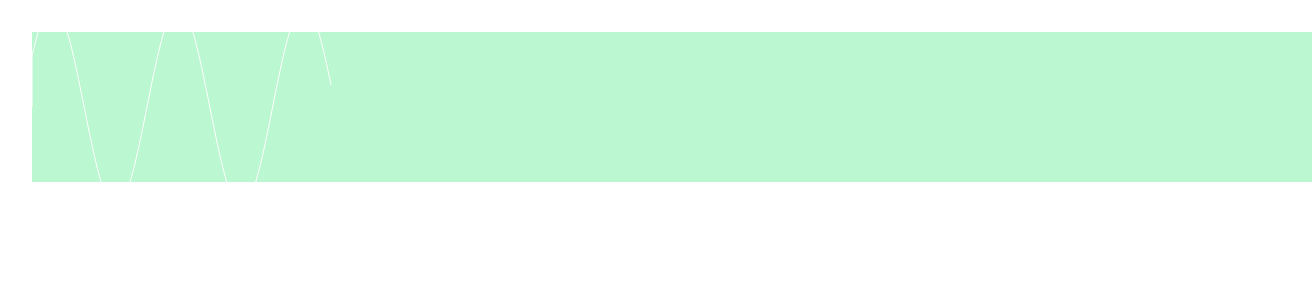
Repository: TMuse333/quantum-experiments
Page: /
These files come from the project's save history. The page is drawn as it stood at one moment and after the next save; the edit follows.
The browser window is 1280 px wide. The page is 1312 px wide, so the pictures cover 1312 px, including what lies to the right of the window. The pictures show the whole page.
The project was rebuilt for these pictures with package versions that can differ from the ones it lists, and the page was loaded fresh each time. Also part of the build but not shown: vite.config.ts.

Above is the page before, as saved 2024-06-08 16:28:41.

After the next save:
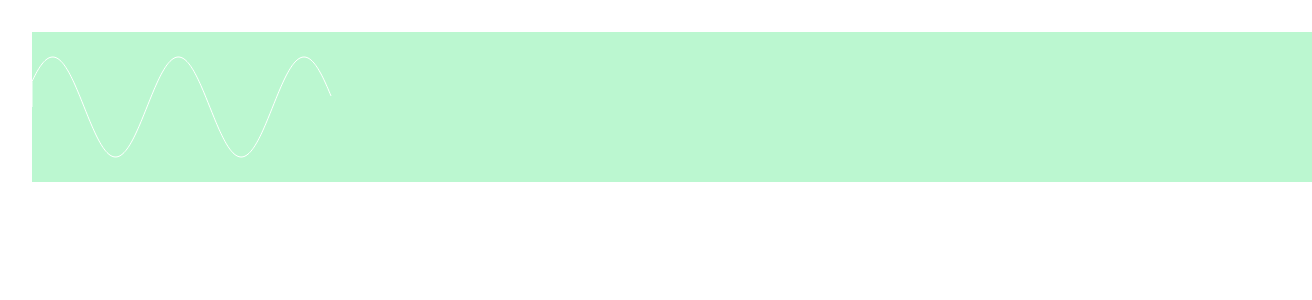
Saved 11 s later.
--- a/src/components/wave/wave.tsx
+++ b/src/components/wave/wave.tsx
@@ -11,7 +11,7 @@
     if (!c) return;
 
     const wave = {
-      amplitude: 100,
+      amplitude: 50,
       frequency: 0.05, // Slower wave
       speed: 0.03, // Slower speed
       xOffset: 0,
